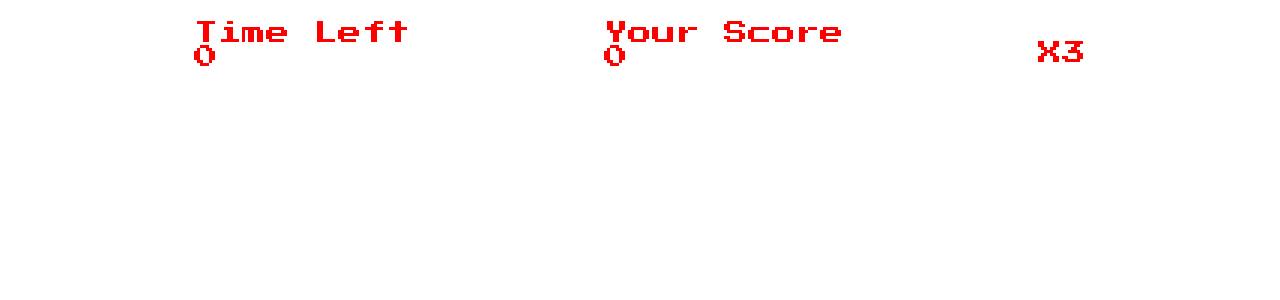
Repository: marcioresidenty/DetonaRalph
Page: DetonaHalph/Webapp/index.html
An editor plug-in stored every save of this project. The page is shown before and after the next save, followed by the edit.
The browser window is 1280 px wide. The pictures show the whole page.

Above is the page before, as saved 2024-11-12 16:19:51.

### DetonaHalph/Webapp/index.html
<!DOCTYPE html>
<html>
<head>
<meta charset="UTF-8">
<title>Detona Ralph</title>

<!-- fontes -->
<link rel="preconnect" href="https://fonts.googleapis.com">
<link rel="preconnect" href="https://fonts.gstatic.com" crossorigin>
<link href="https://fonts.googleapis.com/css2?family=Press+Start+2P&display=swap" rel="stylesheet">


<!-- styles -->

<link rel="stylesheet" href="./styles/reset.css">
<link rel="stylesheet" href="./styles/main.css">

</head>
<body>

	<div class="container">
       	<div class="menu">
       		<div class="menu-time">
       			<h2 style="color:red;">Time Left</h2>
       			<h2>0</h2>
       		</div>

       		<div class="menu-score">
       			<h2 style="color:red;">Your Score</h2>
       			<h2>0</h2>
       		</div>

       		<div class="menu-lives">
       			<img alt="" src="">
       			<h2>X3</h2>
       		</div>
       	</div>

        <div class="panel">
        </div>
	</div>

	<script src="./scripts/engine.js"></script>
</body>

</html>

### DetonaHalph/Webapp/styles/reset.css
@charset "UTF-8";

* {
	margin: 0;
	padding: 0;
	box-sizing: border-box;

 font-family: "Press Start 2P", serif;
  font-weight: 400;
  font-style: normal;

  color: red;

}

/* comentario */

### DetonaHalph/Webapp/styles/main.css
@charset "UTF-8";

.container {
	display: flex;
	}

.menu {
	display: flex;
	justify-content: space-evenly;
	align-items: center;

	height: 90px;
	width: 100%;
	background-color: #ffffff;
}

Loaded but not shown: DetonaHalph/Webapp/scripts/engine.js (common file)

After the next save:
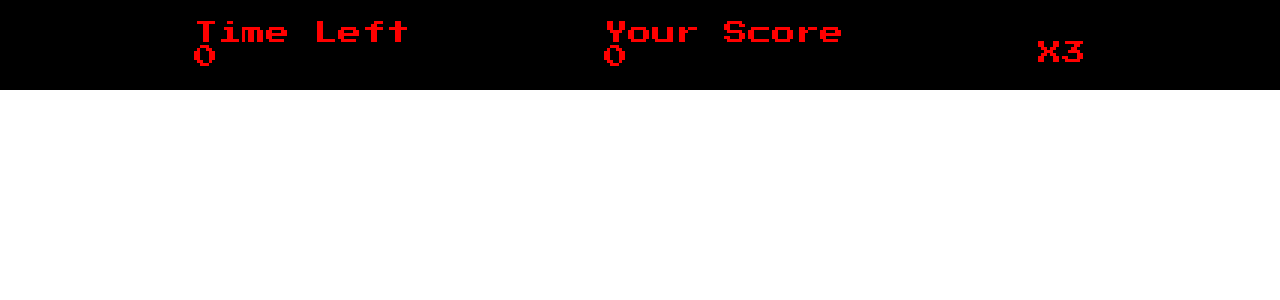
Saved 9 s later.
--- a/DetonaHalph/Webapp/styles/main.css
+++ b/DetonaHalph/Webapp/styles/main.css
@@ -11,5 +11,5 @@
 
 	height: 90px;
 	width: 100%;
-	background-color: #ffffff;
+	background-color: #000000;
 }
